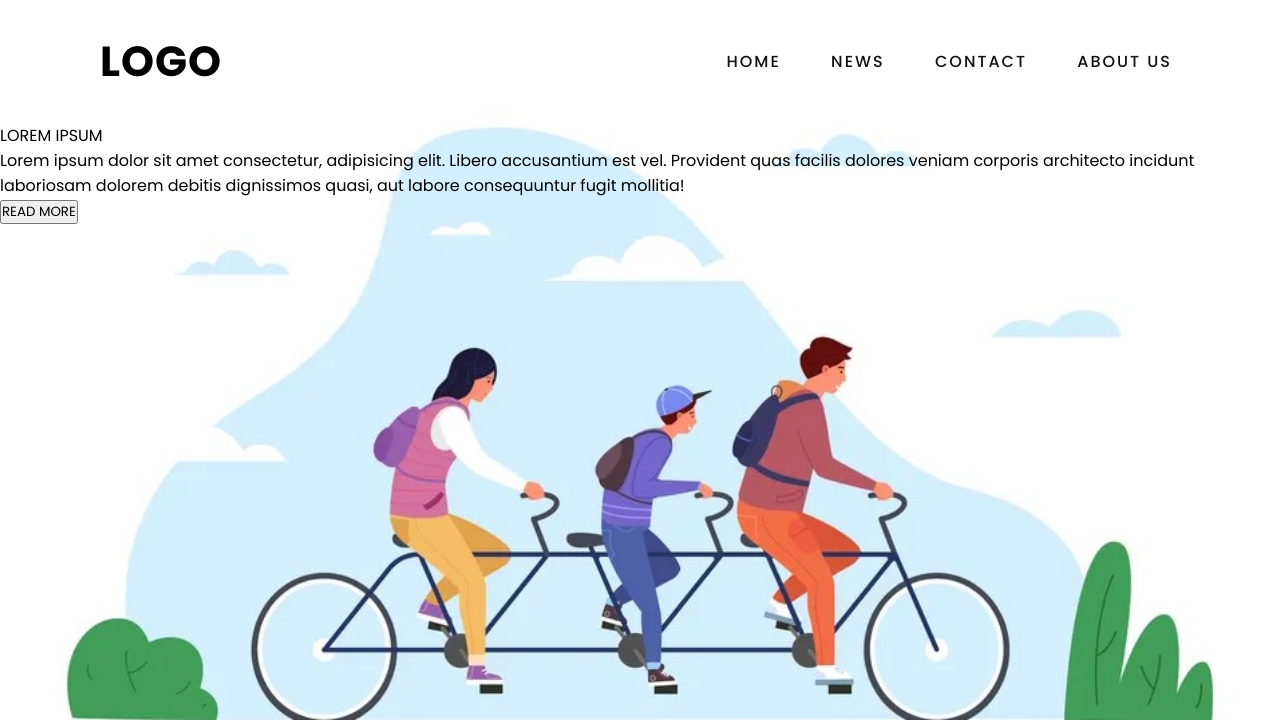
Repository: nganha241/1806
Page: index.html
The author's editor kept a copy of each file at every save. The page is drawn from the files as they stood at one save, then again after the next save.
The browser window is 1280 px wide. The pictures show the whole page.

Above is the page before, as saved 2022-06-18 15:46:16.

After the next save:
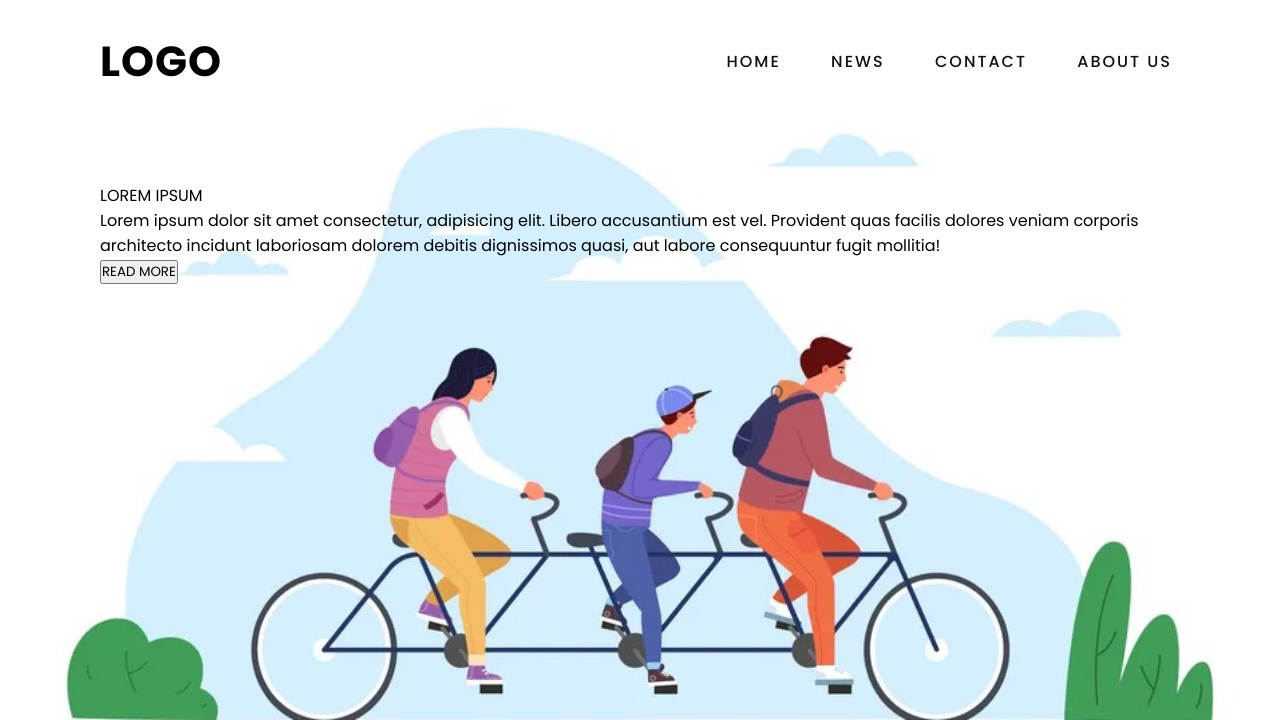
Saved 109 s later.
--- a/style.css
+++ b/style.css
@@ -61,3 +61,7 @@ section header {
     background: rgb(102, 167, 252);
     transition: 0.4s;
 }
+
+.content {
+    margin: 60px 100px;
+}
